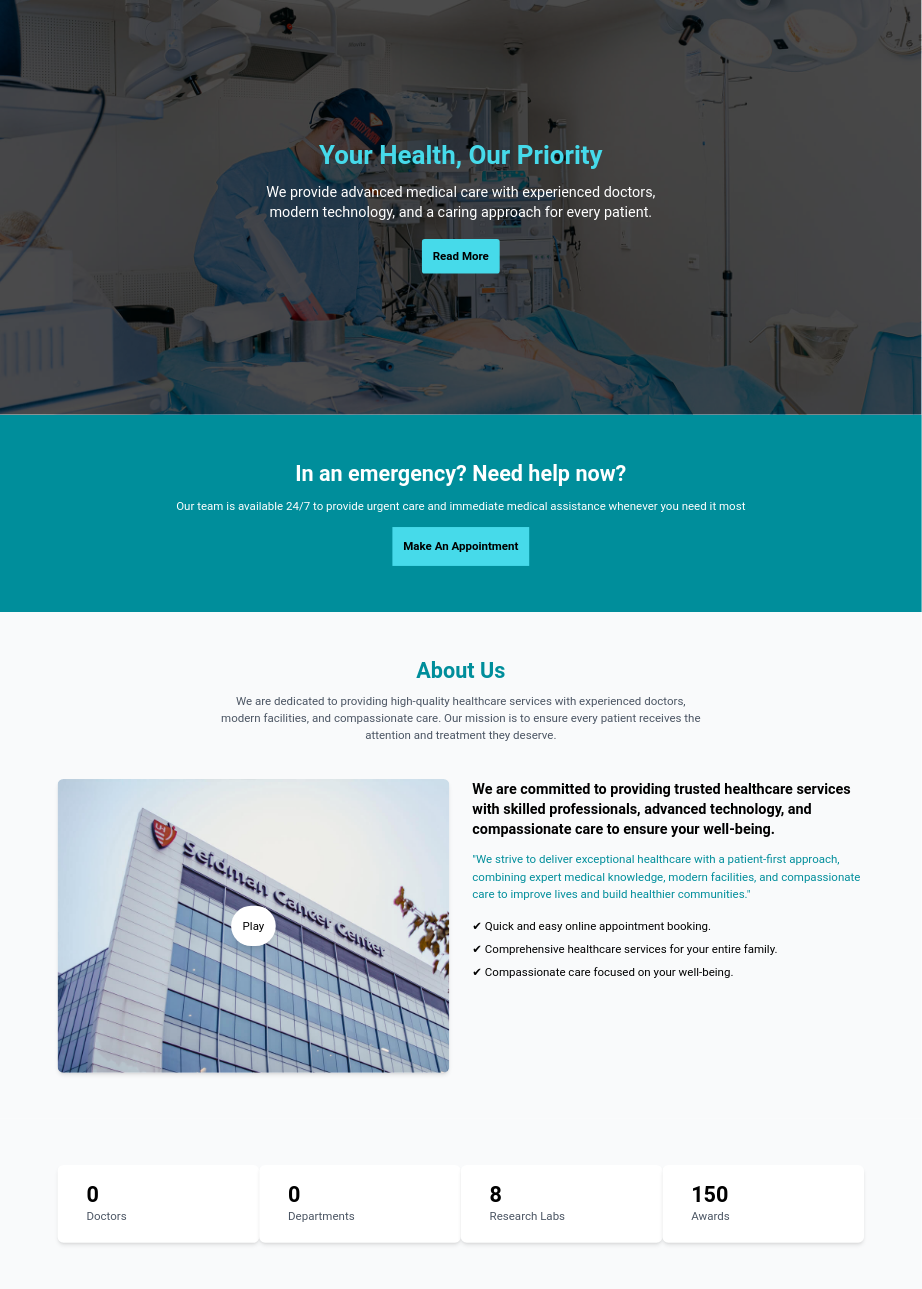
Repository: ahmedkhaleddev02-del/DoctorAppointment-MERN
Page: / (app in frontend/frontend/)
An editor plug-in stored every save of this project. The page is shown before and after the next save, followed by the edit.
The browser window is 1280 px wide. The pictures show the whole page, at 72% of full size.
The page's requests for data from a server got no answer. The project was rebuilt for these pictures with package versions that can differ from the ones it lists, and the page was loaded fresh each time. No one was signed in, and anything a server would have sent is missing.

Above is the page before, as saved 2025-07-27 22:52:53.

After the next save:
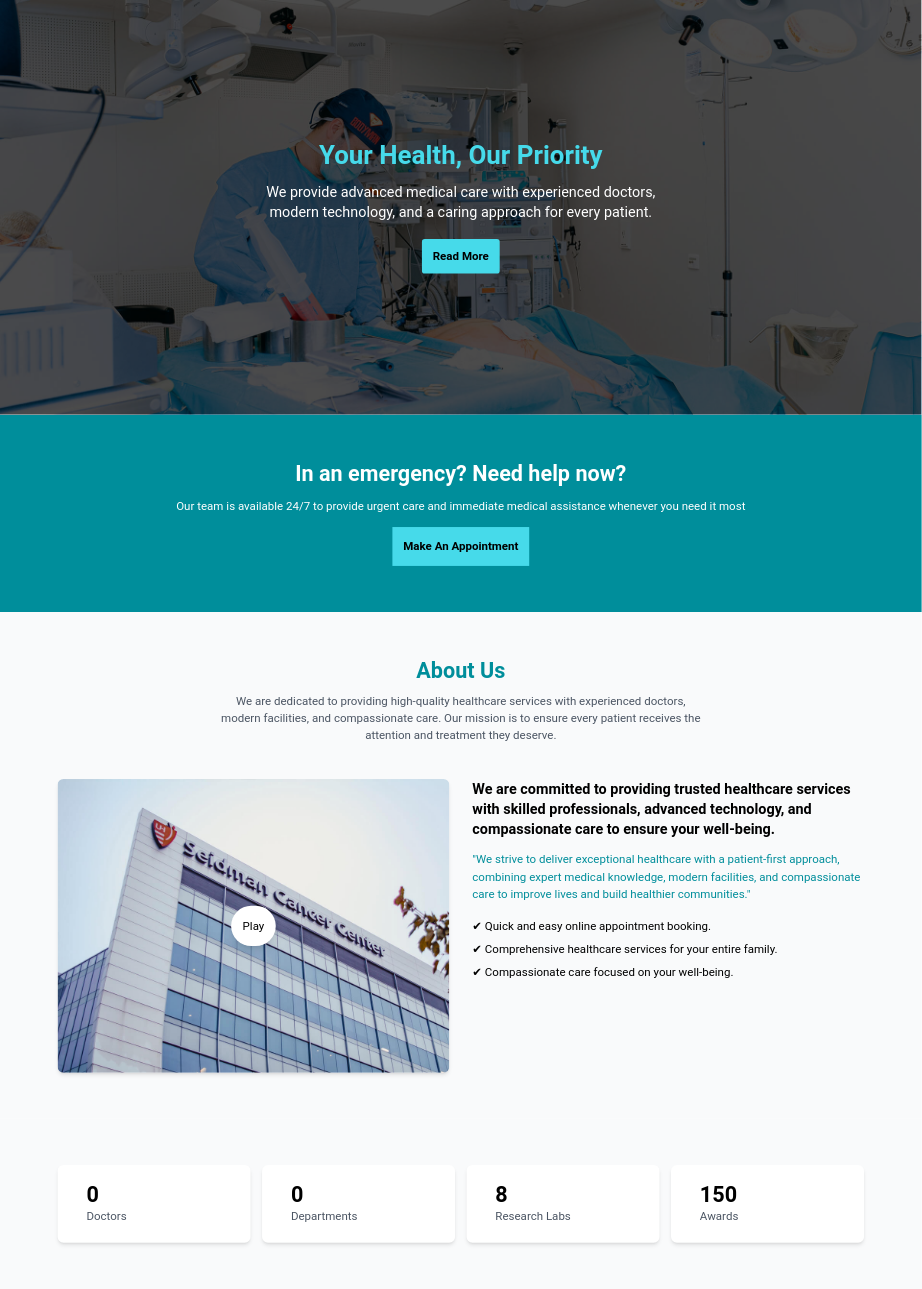
Saved 6 s later.
--- a/frontend/frontend/src/components/Stats.jsx
+++ b/frontend/frontend/src/components/Stats.jsx
@@ -57,7 +57,7 @@
   return (
     <section className='py-16 bg-gray-50'>
         <div className='max-w-6xl mx-auto px-4'>
-            <div className='grid lg:grid-cols-4 md:grid-cols-2 sm:grid-cols-1'>
+            <div className='grid lg:grid-cols-4 gap-4 md:grid-cols-2 sm:grid-cols-1'>
 
                 {stats.map((item,index)=> (
                     <div  className="flex items-center justify-start space-x-4 bg-white shadow-md rounded-lg p-6 hover:shadow-lg transition" key={index}>
